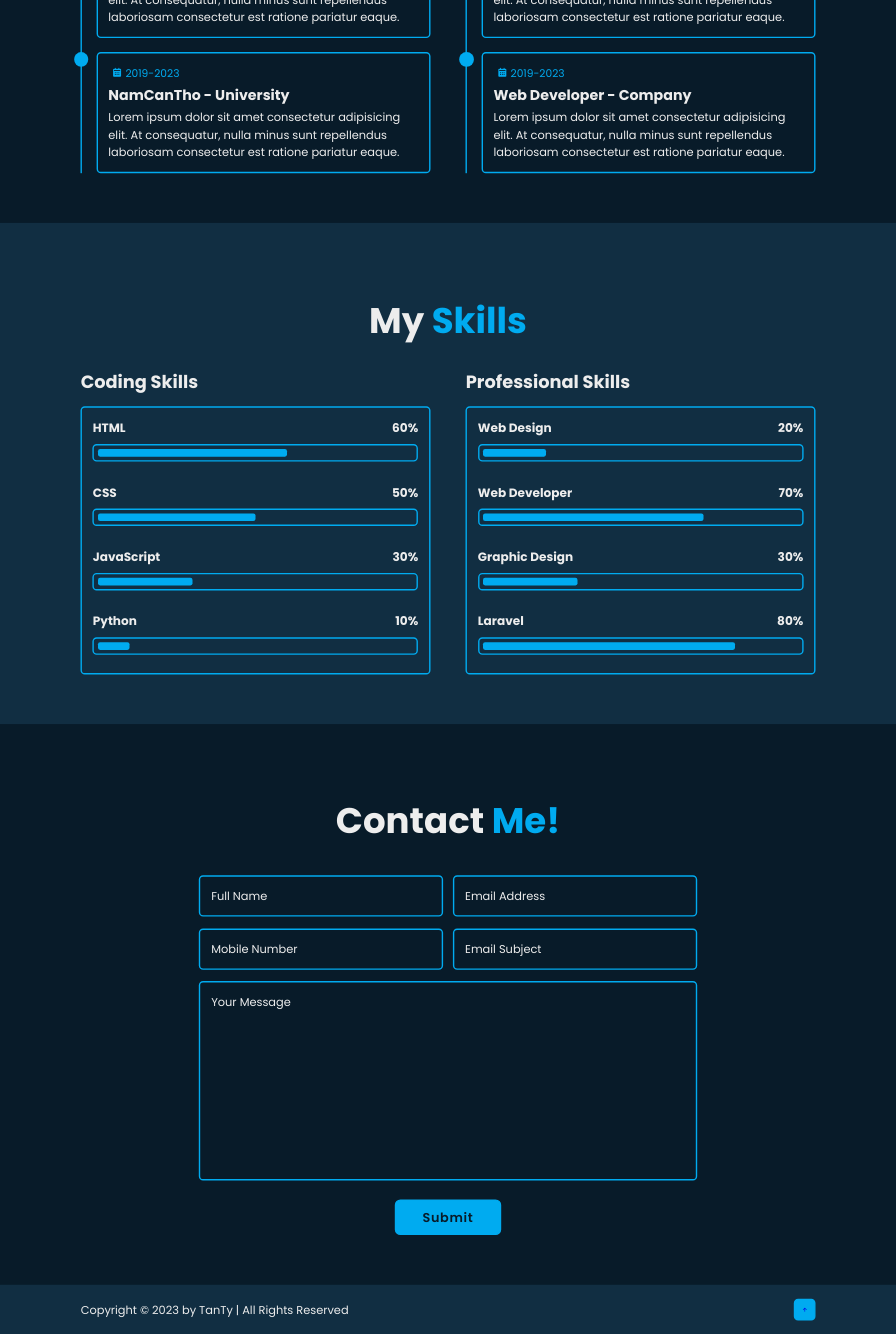
Repository: Tanty102/About_Me
Page: index.html
The author's editor kept a copy of each file at every save. The page is drawn from the files as they stood at one save, then again after a run of saves.
The browser window is 1280 px wide. The pictures show the part of the page from y = 2099 to 4019 px (the page is 4005 px tall before and 4019 px after), at 70% of full size.

Above is the page before, as saved 2023-09-12 22:01:49.

### index.html
<!DOCTYPE html>
<html lang="en">
  <head>
    <meta charset="UTF-8" />
    <meta name="viewport" content="width=device-width, initial-scale=1.0" />
    <link rel="stylesheet" href="style.css" />
    <title>CV Snake</title>
  </head>

  <!-- box icons -->
  <link
    href="https://unpkg.com/boxicons@2.1.4/css/boxicons.min.css"
    rel="stylesheet" />
  <body>
    <!-- Header design -->
    <header class="header">
      <a href="#" class="logo">Snake.</a>

      <div class="bx bx-menu" id="menu-icon"></div>

      <nav class="navbar">
        <a href="#home" class="active">Home</a>
        <a href="#about">About</a>
        <a href="#education">Education</a>
        <a href="#skills">Skills</a>
        <a href="#contact">Contact</a>
      </nav>
    </header>

    <!-- Home section design -->
    <section class="home" id="home">
      <div class="home-content">
        <h1>Hi, I'm <span>Snake</span></h1>
        <div class="text-animate">
          <h3>FullStack developer</h3>
        </div>
        <p>
          Lorem ipsum dolor, sit amet consectetur adipisicing elit. Illum minus
          dolorem animi quaerat repellat vitae sint vero quidem dolor ab
          repudiandae temporibus, iure obcaecati culpa. Distinctio non laborum
          architecto tempore neque, doloribus maxime id temporibus provident
          veniam, consequatur soluta quibusdam. Quo, a aperiam eaque culpa
          excepturi corrupti quam hic mollitia provident est qui inventore
          fugit.
        </p>

        <div class="btn-box">
          <a href="#" class="btn">Hire Me</a>
          <a href="#" class="btn">Let's Talk</a>
        </div>
      </div>

      <div class="home-sci">
        <a href="#"><i class="bx bxl-facebook"></i></a>
        <a href="#"><i class="bx bxl-github"></i></a>
        <a href="#"><i class="bx bxl-gmail"></i></a>
      </div>

      <div class="home-imgHover"></div>
    </section>

    <!-- About section design -->
    <section class="about" id="about">
      <h2 class="heading">About <span>Me</span></h2>

      <div class="about-img">
        <img src="image/about.jpg" alt="" />
        <span class="circle-spin"></span>
      </div>

      <div class="about-content">
        <h3>Frontend Developer!</h3>
        <p>
          Lorem ipsum dolor, sit amet consectetur adipisicing elit. Doloribus
          distinctio explicabo obcaecati expedita ut sequi reiciendis ipsum
          voluptatem error similique. Eius blanditiis suscipit consectetur harum
          culpa cumque exercitationem maxime qui dicta, officia quos. Harum
          aliquid fuga impedit aperiam, similique cum, officia exercitationem,
          iusto ratione quisquam vel accusamus consequatur id repellendus.
        </p>

        <div class="btn-box btns">
          <a href="#" class="btn">Read More</a>
        </div>
      </div>
    </section>

    <!-- Education section design -->
    <section class="education" id="education">
      <h2 class="heading">My <span>Journey</span></h2>

      <div class="education-row">
        <div class="education-column">
          <h3 class="title">Education</h3>

          <div class="education-box">
            <div class="education-content">
              <div class="content">
                <div class="year">
                  <i class="bx bxs-calendar"></i> 2019-2023
                </div>
                <h3>NamCanTho - University</h3>
                <p>
                  Lorem ipsum dolor sit amet consectetur adipisicing elit. At
                  consequatur, nulla minus sunt repellendus laboriosam
                  consectetur est ratione pariatur eaque.
                </p>
              </div>
            </div>

            <div class="education-content">
              <div class="content">
                <div class="year">
                  <i class="bx bxs-calendar"></i> 2019-2023
                </div>
                <h3>NamCanTho - University</h3>
                <p>
                  Lorem ipsum dolor sit amet consectetur adipisicing elit. At
                  consequatur, nulla minus sunt repellendus laboriosam
                  consectetur est ratione pariatur eaque.
                </p>
              </div>
            </div>

            <div class="education-content">
              <div class="content">
                <div class="year">
                  <i class="bx bxs-calendar"></i> 2019-2023
                </div>
                <h3>NamCanTho - University</h3>
                <p>
                  Lorem ipsum dolor sit amet consectetur adipisicing elit. At
                  consequatur, nulla minus sunt repellendus laboriosam
                  consectetur est ratione pariatur eaque.
                </p>
              </div>
            </div>
          </div>
        </div>

        <div class="education-column">
          <h3 class="title">Experience</h3>

          <div class="education-box">
            <div class="education-content">
              <div class="content">
                <div class="year">
                  <i class="bx bxs-calendar"></i> 2019-2023
                </div>
                <h3>Web Developer - Company</h3>
                <p>
                  Lorem ipsum dolor sit amet consectetur adipisicing elit. At
                  consequatur, nulla minus sunt repellendus laboriosam
                  consectetur est ratione pariatur eaque.
                </p>
              </div>
            </div>

            <div class="education-content">
              <div class="content">
                <div class="year">
                  <i class="bx bxs-calendar"></i> 2019-2023
                </div>
                <h3>Web Developer - Company</h3>
                <p>
                  Lorem ipsum dolor sit amet consectetur adipisicing elit. At
                  consequatur, nulla minus sunt repellendus laboriosam
                  consectetur est ratione pariatur eaque.
                </p>
              </div>
            </div>

            <div class="education-content">
              <div class="content">
                <div class="year">
                  <i class="bx bxs-calendar"></i> 2019-2023
                </div>
                <h3>Web Developer - Company</h3>
                <p>
                  Lorem ipsum dolor sit amet consectetur adipisicing elit. At
                  consequatur, nulla minus sunt repellendus laboriosam
                  consectetur est ratione pariatur eaque.
                </p>
              </div>
            </div>
          </div>
        </div>
      </div>
    </section>

    <!-- Skills section design -->
    <section class="skills" id="skills">
      <h2 class="heading">My <span>Skills</span></h2>

      <div class="skills-row">
        <div class="skills-column">
          <h3 class="title">Coding Skills</h3>

          <div class="skills-box">
            <div class="skills-content">
              <div class="progress">
                <h3>HTML <span>60%</span></h3>
                <div class="bar"><span></span></div>
              </div>

              <div class="progress">
                <h3>CSS <span>50%</span></h3>
                <div class="bar"><span></span></div>
              </div>

              <div class="progress">
                <h3>JavaScript <span>30%</span></h3>
                <div class="bar"><span></span></div>
              </div>

              <div class="progress">
                <h3>Python <span>10%</span></h3>
                <div class="bar"><span></span></div>
              </div>
            </div>
          </div>
        </div>

        <div class="skills-column">
          <h3 class="title">Professional Skills</h3>

          <div class="skills-box">
            <div class="skills-content">
              <div class="progress">
                <h3>Web Design <span>20%</span></h3>
                <div class="bar"><span></span></div>
              </div>

              <div class="progress">
                <h3>Web Developer <span>70%</span></h3>
                <div class="bar"><span></span></div>
              </div>

              <div class="progress">
                <h3>Graphic Design <span>30%</span></h3>
                <div class="bar"><span></span></div>
              </div>

              <div class="progress">
                <h3>Laravel <span>80%</span></h3>
                <div class="bar"><span></span></div>
              </div>
            </div>
          </div>
        </div>
      </div>
    </section>

    <!-- Contact section design -->
    <section class="contact" id="contact">
      <h2 class="heading">Contact <span>Me!</span></h2>

      <form action="#">
        <div class="input-box">
          <div class="input-field">
            <input type="text" placeholder="Full Name" required />
            <span class="focus"></span>
          </div>
          <div class="input-field">
            <input type="text" placeholder="Email Address" required />
            <span class="focus"></span>
          </div>
        </div>

        <div class="input-box">
          <div class="input-field">
            <input type="number" placeholder="Mobile Number" required />
            <span class="focus"></span>
          </div>
          <div class="input-field">
            <input type="text" placeholder="Email Subject" required />
            <span class="focus"></span>
          </div>
        </div>

        <div class="textarea-field">
          <textarea
            name=""
            id=""
            cols="30"
            rows="10"
            placeholder="Your Message"
            required></textarea>
          <span class="focus"></span>
        </div>

        <div class="btn-box btns">
          <button type="submit" class="btn">Submit</button>
        </div>
      </form>
    </section>

    <!-- Footer design -->
    <footer class="footer">
      <div class="footer-text">
        <p>Copyright &copy; 2023 by TanTy | All Rights Reserved</p>
      </div>

      <div class="footer-iconTop">
        <a href="#"><i class='bx bx-up-arrow-alt'></i></a>
      </div>
    </footer>

    <script src="main.js"></script>
  </body>
</html>

### style.css
@import url("https://fonts.googleapis.com/css2?family=Poppins:wght@300;400;500;600;700;800;900&display=swap");

* {
  margin: 0;
  padding: 0;
  box-sizing: border-box;
  text-decoration: none;
  border: none;
  outline: none;
  scroll-behavior: smooth;
  font-family: "Poppins", sans-serif;
}

:root {
  --bg-color: #081b29;
  --second-bg-color: #112e42;
  --text-color: #ededed;
  --main-color: #00abf0;
}

html {
  font-size: 63.5%;
  overflow-x: hidden;
}

body {
  background: var(--bg-color);
  color: var(--text-color);
}

.header {
  position: fixed;
  top: 0;
  left: 0;
  width: 100%;
  padding: 2rem 9%;
  background: transparent;
  display: flex;
  justify-content: space-between;
  align-items: center;
  z-index: 100;
}

.logo {
  font-size: 2.5rem;
  color: var(--text-color);
  font-weight: 600;
}

.navbar a {
  font-size: 1.7rem;
  color: var(--text-color);
  font-weight: 500;
  margin-left: 3.5rem;
  transition: 0.3s;
}

.navbar a:hover,
.navbar a.active {
  color: var(--main-color);
}

#menu-icon {
  font-size: 3.6rem;
  color: var(--text-color);
  cursor: pointer;
  display: none;
}

section {
  min-height: 100vh;
  padding: 10rem 9% 2rem;
}

.home {
  display: flex;
  align-items: center;
  padding: 0 9%;
  background: url("/image/home.jpg") no-repeat;
  background-size: cover;
  background-position: center;
}

.home-content {
  max-width: 60rem;
}

.home-content h1 {
  font-size: 5.6rem;
  font-weight: 700;
  line-height: 1.3;
}

.home-content .text-animate {
  position: relative;
  width: 32.8rem;
}

.home-content .text-animate h3 {
  font-size: 3.2rem;
  font-weight: 700;
  color: transparent;
  -webkit-text-stroke: 0.7px var(--main-color);
}

.home-content p {
  font-size: 1.6rem;
  margin: 2rem 0 4rem;
}

.btn-box {
  position: relative;
  display: flex;
  justify-content: space-between;
  width: 34.5rem;
  height: 5rem;
}
.btn-box .btn {
  position: relative;
  display: inline-flex;
  justify-content: center;
  align-items: center;
  width: 15rem;
  height: 100%;
  background: var(--main-color);
  border: 0.2rem solid var(--main-color);
  border-radius: 0.8rem;
  font-size: 1.8rem;
  font-weight: 600;
  letter-spacing: 0.1rem;
  color: var(--bg-color);
  z-index: 1;
  overflow: hidden;
  transition: 0.5s;
}

.btn-box .btn:hover {
  color: var(--main-color);
}

.btn-box .btn:nth-child(2) {
  background: transparent;
  color: var(--main-color);
}

.btn-box .btn:nth-child(2):hover {
  color: var(--bg-color);
}

.btn-box .btn:nth-child(2)::before {
  background: var(--main-color);
}

.btn-box .btn::before {
  content: "";
  position: absolute;
  top: 0;
  left: 0;
  width: 0;
  height: 100%;
  background: var(--bg-color);
  z-index: -1;
  transition: 0.5s;
}

.btn-box .btn:hover::before {
  width: 100%;
}

.home-sci {
  position: absolute;
  bottom: 4rem;
  width: 170px;
  display: flex;
  justify-content: space-between;
}

.home-sci a {
  position: relative;
  display: inline-flex;
  justify-content: center;
  align-items: center;
  width: 40px;
  height: 40px;
  background: transparent;
  border: 0.2rem solid var(--main-color);
  border-radius: 50%;
  font-size: 20px;
  color: var(--main-color);
  z-index: 1;
  overflow: hidden;
  transition: 0.5s;
}

.home-sci a:hover {
  color: var(--bg-color);
}

.home-sci a::before {
  content: "";
  position: absolute;
  top: 0;
  left: 0;
  width: 0;
  height: 100%;
  background: var(--main-color);
  z-index: -1;
  transition: 0.5s;
}

.home-sci a:hover::before {
  width: 100%;
}

.home-imgHover {
  position: absolute;
  top: 0;
  right: 0;
  width: 45%;
  height: 100%;
  background: transparent;
  transition: 3s;
}

.home-imgHover:hover {
  background: var(--bg-color);
  opacity: 0.8;
}

.about {
  display: flex;
  justify-content: center;
  align-items: center;
  flex-direction: column;
  gap: 2rem;
  background: var(--second-bg-color);
  padding-bottom: 6rem;
}

.heading {
  font-size: 5rem;
  margin-bottom: 3rem;
  text-align: center;
}
span {
  color: var(--main-color);
}

.about-img {
  position: relative;
  width: 25rem;
  height: 25rem;
  border-radius: 50%;
  display: flex;
  justify-content: center;
  align-items: center;
}

.about-img img {
  width: 90%;
  border-radius: 50%;
  border: 0.2rem solid var(--main-color);
}

.about-img .circle-spin {
  position: absolute;
  top: 50%;
  left: 50%;
  transform: translate(-50%, -50%) rotate(0);
  width: 100%;
  height: 100%;
  border-radius: 50%;
  border-top: 0.2rem solid var(--second-bg-color);
  border-bottom: 0.2rem solid var(--second-bg-color);
  border-left: 0.2rem solid var(--main-color);
  border-right: 0.2rem solid var(--main-color);
}

.about-content {
  text-align: center;
}

.about-content h3 {
  font-size: 2.6rem;
}

.about-content p {
  font-size: 1.6rem;
  margin: 2rem 0 3rem;
}

.btn-box.btns {
  display: inline-block;
  width: 15rem;
}

.btn-box.btns a::before {
  background: var(--second-bg-color);
}

.education {
  display: flex;
  justify-content: center;
  align-items: center;
  flex-direction: column;
  min-height: auto;
  padding-bottom: 5rem;
}

.education .education-row {
  display: flex;
  flex-wrap: wrap;
  gap: 5rem;
}

.education-row .education-column {
  flex: 1 1 40rem;
}

.education-column .title {
  font-size: 2.5rem;
  margin: 0 0 1.5rem 2rem;
}

.education-column .education-box {
  border-left: 0.2rem solid var(--main-color);
}

.education-box .education-content {
  position: relative;
  padding-left: 2rem;
}

.education-box .education-content::before {
  content: "";
  position: absolute;
  top: 0;
  left: -1.1rem;
  width: 2rem;
  height: 2rem;
  background: var(--main-color);
  border-radius: 50%;
}

.education-content .content {
  position: relative;
  padding: 1.5rem;
  border: 0.2rem solid var(--main-color);
  border-radius: 0.6rem;
  margin-bottom: 2rem;
  overflow: hidden;
}

.education-content .content::before {
  content: "";
  position: absolute;
  top: 0;
  left: 0;
  width: 0;
  height: 100%;
  background: var(--second-bg-color);
  z-index: -1;
  transition: 0.5s;
}

.education-content .content:hover::before {
  width: 100%;
}

.education-content .content .year {
  font-size: 1.5rem;
  color: var(--main-color);
  padding-bottom: 0.5rem;
}

.education-content .content .year i {
  padding-left: 0.5rem;
}

.education-content .content h3 {
  font-size: 2rem;
}

.education-content .content p {
  font-size: 1.6rem;
  padding-top: 0.5rem;
}

.skills {
  min-height: auto;
  padding-bottom: 7rem;
  background: var(--second-bg-color);
}

.skills .skills-row {
  display: flex;
  flex-wrap: wrap;
  gap: 5rem;
}

.skills-row .skills-column {
  flex: 1 1 40rem;
}

.skills-column .title {
  font-size: 2.5rem;
  margin: 0 0 1.5rem;
}

.skills-box .skills-content {
  position: relative;
  border: 0.2rem solid var(--main-color);
  border-radius: 0.6rem;
  padding: 0.5rem 1.5rem;
  z-index: 1;
  overflow: hidden;
}

.skills-box .skills-content::before {
  content: "";
  position: absolute;
  top: 0;
  left: 0;
  width: 0;
  height: 100%;
  background: var(--bg-color);
  z-index: -1;
  transition: 0.5s;
}

.skills-box .skills-content:hover::before {
  width: 100%;
}

.skills-content .progress {
  padding: 1rem 0;
}

.skills-content .progress h3 {
  font-size: 1.7rem;
  display: flex;
  justify-content: space-between;
}

.skills-content .progress h3 span {
  color: var(--text-color);
}

.skills-content .progress .bar {
  height: 2.5rem;
  border-radius: 0.6rem;
  border: 0.2rem solid var(--main-color);
  padding: 0.5rem;
  margin: 1rem 0;
}

.skills-content .progress .bar span {
  display: block;
  height: 100%;
  border-radius: 0.3rem;
  background: var(--main-color);
}

.skills-column:nth-child(1) .skills-content .progress:nth-child(1) .bar span {
  width: 60%;
}

.skills-column:nth-child(1) .skills-content .progress:nth-child(2) .bar span {
  width: 50%;
}

.skills-column:nth-child(1) .skills-content .progress:nth-child(3) .bar span {
  width: 30%;
}

.skills-column:nth-child(1) .skills-content .progress:nth-child(4) .bar span {
  width: 10%;
}

.skills-column:nth-child(2) .skills-content .progress:nth-child(1) .bar span {
  width: 20%;
}

.skills-column:nth-child(2) .skills-content .progress:nth-child(2) .bar span {
  width: 70%;
}

.skills-column:nth-child(2) .skills-content .progress:nth-child(3) .bar span {
  width: 30%;
}

.skills-column:nth-child(2) .skills-content .progress:nth-child(4) .bar span {
  width: 80%;
}

.contact {
  min-height: auto;
  padding-bottom: 7rem;
}

.contact form {
  max-width: 70rem;
  margin: 0 auto;
  text-align: center;
}

.contact form .input-box {
  position: relative;
  display: flex;
  justify-content: space-between;
  flex-wrap: wrap;
}

.contact form .input-box .input-field {
  position: relative;
  width: 49%;
  margin: 0.8rem 0;
}

.contact form .input-box .input-field input,
.contact form .textarea-field textarea {
  width: 100%;
  height: 100%;
  padding: 1.5rem;
  font-size: 1.6rem;
  color: var(--text-color);
  background: transparent;
  border-radius: 0.6rem;
  border: 0.2rem solid var(--main-color);
}

.contact form .input-box .input-field input::placeholder,
.contact form .textarea-field textarea::placeholder {
  color: var(--text-color);
}

.contact form .focus {
  position: absolute;
  top: 0;
  left: 0;
  width: 0;
  height: 100%;
  background: var(--second-bg-color);
  border-radius: 0.6rem;
  z-index: -1;
  transition: 0.5s;
}

.contact form .input-box .input-field input:focus ~ .focus,
.contact form .input-box .input-field input:valid ~ .focus,
.contact form .textarea-field textarea:focus ~ .focus,
.contact form .textarea-field textarea:valid ~ .focus {
  width: 100%;
}

.contact form .textarea-field {
  position: relative;
  margin: 0.8rem 0 2.7rem;
  display: flex;
}

.contact form .textarea-field textarea {
  resize: none;
}

.contact form .btn-box.btns .btn {
  cursor: pointer;
}

.footer {
  display: flex;
  justify-content: space-between;
  align-items: center;
  flex-wrap: wrap;
  padding: 2rem 9%;
  background: var(--second-bg-color);
}

.footer-text p {
  font-size: 1.6rem;
}

.footer-iconTop a {
  position: relative;
  display: inline-flex;
  justify-content: center;
  align-items: center;
  padding: .8rem;
  background: var(--main-color);
  border: .2rem solid var(--main-color);
  border-radius: .6rem;
}

.footer

Loaded but not shown: main.js (no copy from this time; the picture is the same without it)

After the next 6 saves:
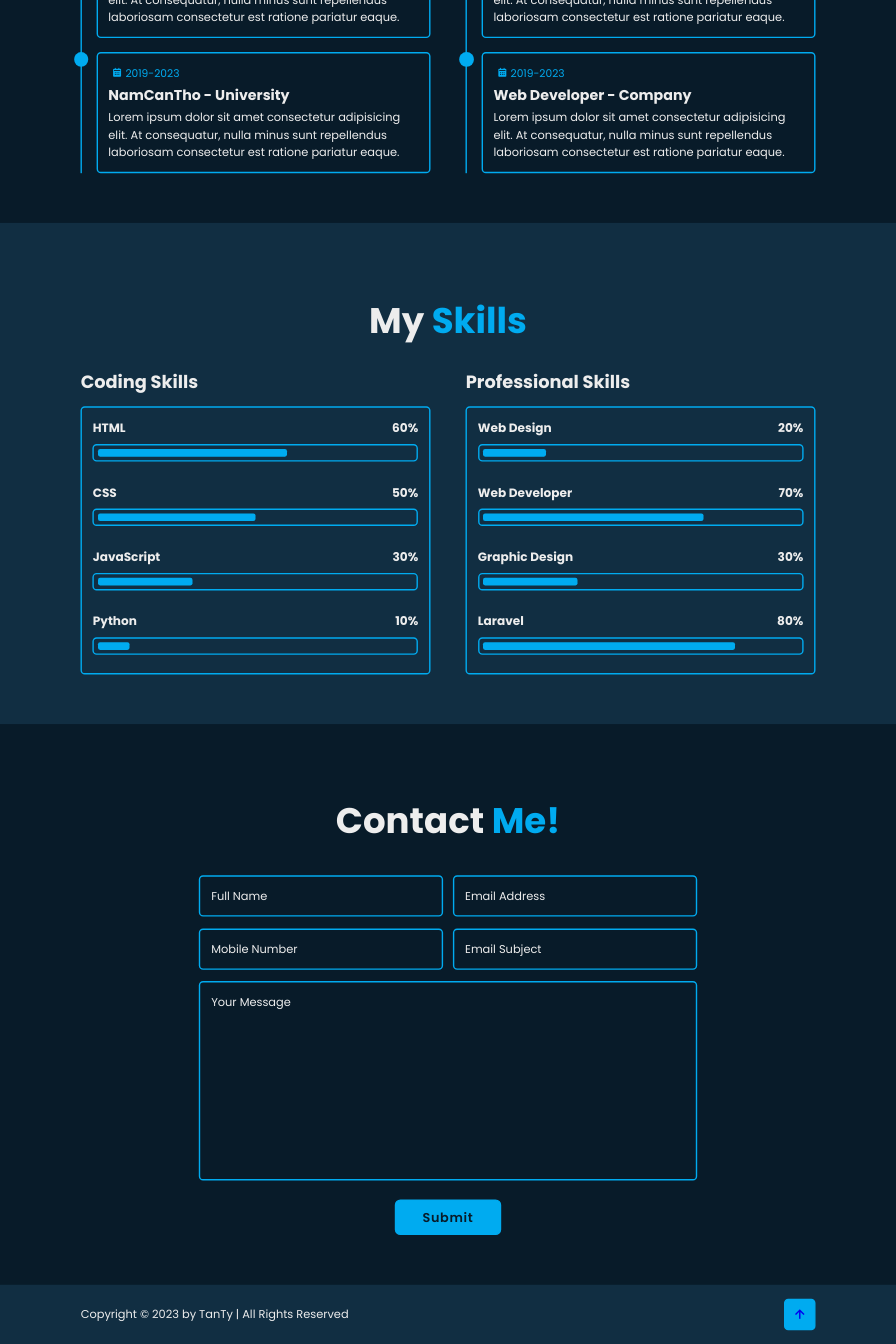
The 6 saves are shown as one change because they came seconds apart.
The last was saved 17 s later.
--- a/style.css
+++ b/style.css
@@ -591,4 +591,7 @@ span {
   border-radius: .6rem;
 }
 
-.footer
+.footer-iconTop a i {
+  font-size: 2.4rem;
+  color: bg;
+}
